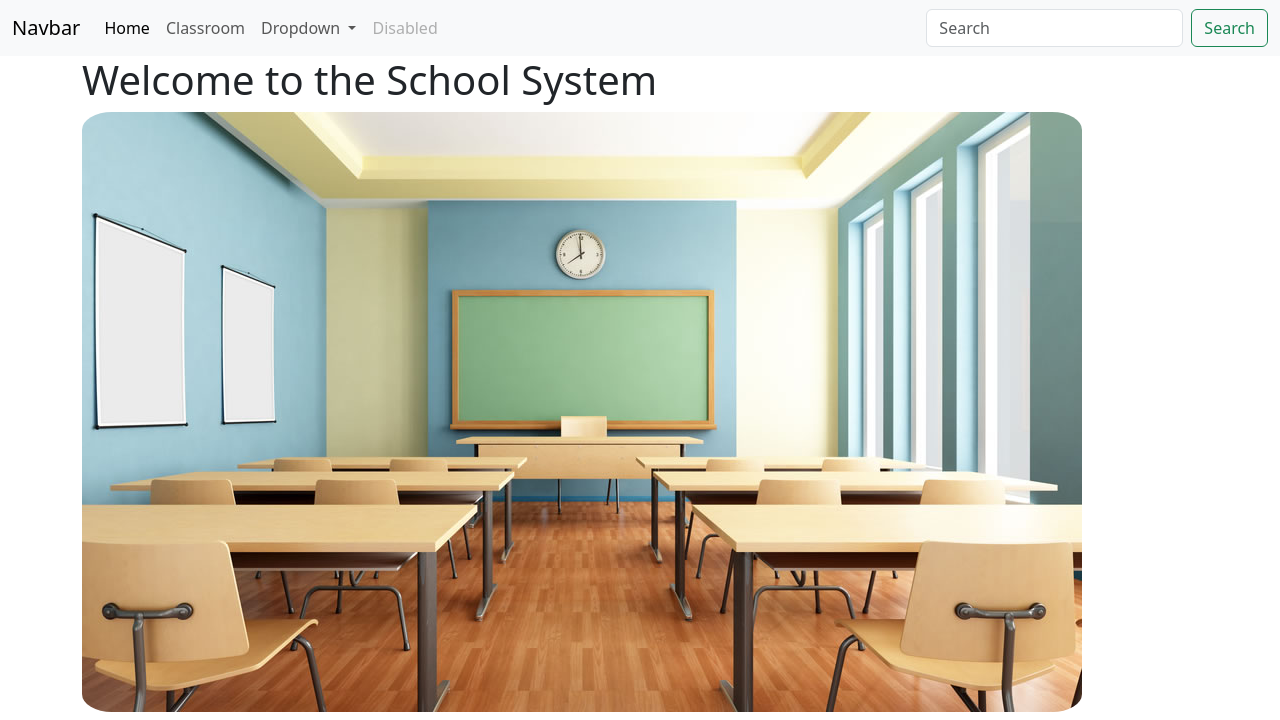
Repository: Mbote-Joseph/Django-Recap
Page: http://localhost/home
These files come from the project's save history. The page is drawn as it stood at one moment and after the next save; the edit follows.
The browser window is 1280 px wide. The pictures show the whole page.
The page is served by the project's application, run on Django 5.2 (manage.py).

Above is the page before, as saved 2025-12-15 21:56:46.

After the next save:
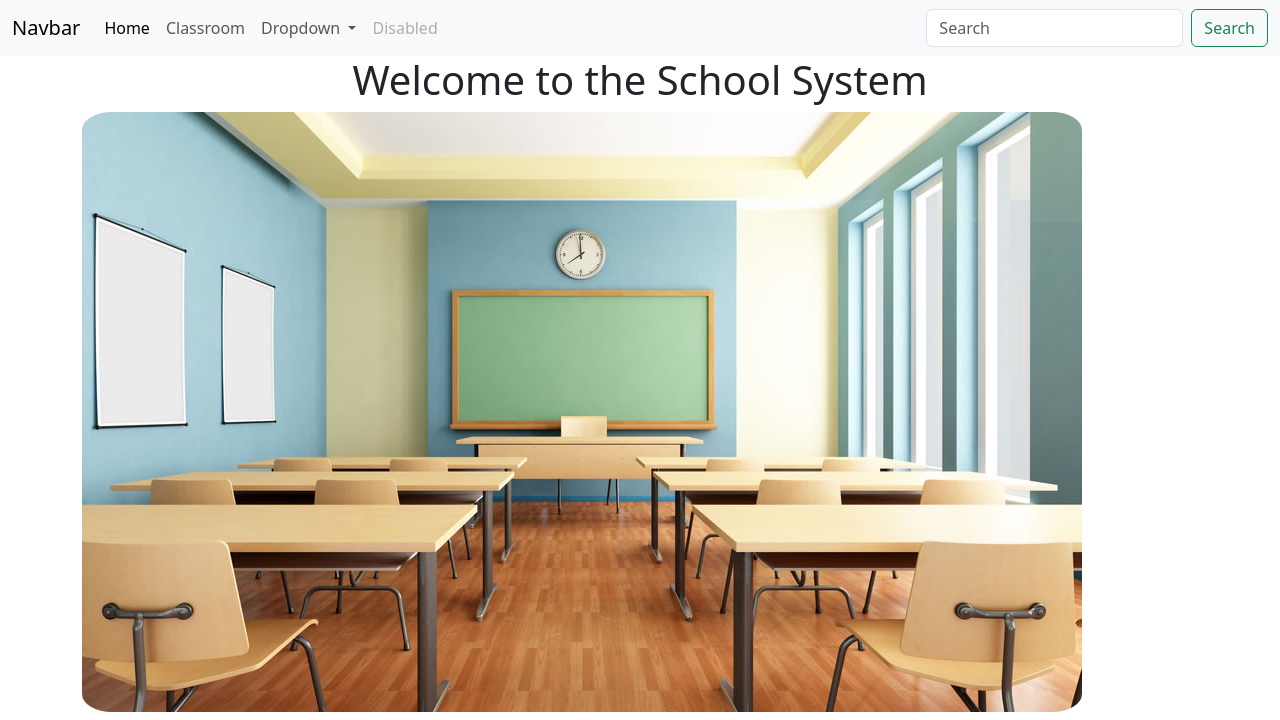
Saved 84 s later.
--- a/school/home/templates/home/home.html
+++ b/school/home/templates/home/home.html
@@ -5,7 +5,7 @@
 
 <div class="container">
 
-    <h1> Welcome to the School System</h1>
+    <h1 class="text-center"> Welcome to the School System</h1>
 
     <img src={% static '/images/classroom.jpg' %} alt="Classroom" />
 </div>
